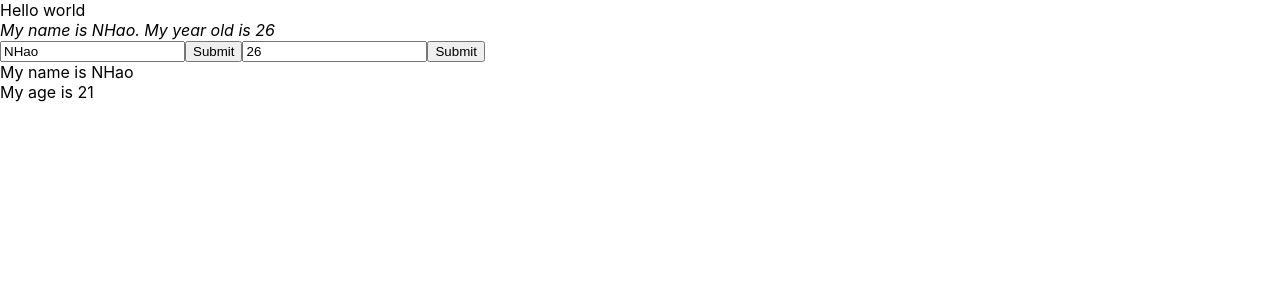
Repository: haonguyen09/reactProject
Page: /
These files come from the project's save history. The page is drawn as it stood at one moment and after the next save; the edit follows.
The browser window is 1280 px wide. The pictures show the whole page.
The project was rebuilt for these pictures with package versions that can differ from the ones it lists, and the page was loaded fresh each time.

Above is the page before, as saved 2023-08-01 12:49:25.

### src/App.js
import logo from './logo.svg';
import './App.css';
import { useDispatch, useSelector } from 'react-redux';
import { increaseCounter, decreaseCounter } from './redux/action/counterAction';
import MyComponent from './components/MyComponent';
import React from "react";


class App extends React.Component {

  render() {
    return (
      <div>
      Hello world
      <MyComponent></MyComponent>
    </div>
    )
  }
}




// const App = () => {
//   const count = useSelector(state => state.counter.count);
//   const dispatch = useDispatch();

//   return (

//     <div className="App">
//       <header className="App-header">
//         <img src={logo} className="App-logo" alt="logo" />
//         <p>
//           Hello world
//         </p>
//         <div>Count = {count}</div>
//         <button onClick={() => dispatch(increaseCounter())}>Increase</button>
//         <button onClick={() => dispatch(decreaseCounter())}>Decrease</button>
//       </header>
//     </div>
//   );
// }

export default App;

### src/components/MyComponent.js
import React from 'react';
import Info from './Info';
import MyInfo from './MyInfo';

class MyComponent extends React.Component {
    // JSX



    render() {
        return (
            <div>
                <Info />
                <MyInfo name=" Hoi dan IT" age="30"/>
            </div>
            );
    };

    }



export default MyComponent;

### src/components/Info.js
import React from 'react';


class Info extends React.Component {
    state = {
        name: "NHao",
        address: "Hoi dan IT",
        age: 26
    };


    handleChange = (event) => {
        this.setState({
            name: event.target.value
        })
    }

    handleChangeAge = (event) => {
        this.setState({
            age: event.target.value
        })
    }

    handOnSubmit = (event) => {
        event.preventDefault();
    }

    render() {
        return (

            <div>
                <em>
                    My name is {this.state.name}.
                    My year old is {this.state.age}
                </em>
                <form onSubmit={(event) => this.handOnSubmit(event)}>
                    <input value= {this.state.name} type="text" onChange = {(event) => {this.handleChange(event)}} />
                    <button>Submit</button>

                    <input value= {this.state.age} type="text" onChange = {(event) => {this.handleChangeAge(event)}} />
                    <button>Submit</button>
                </form>

            </div>

        )
    }
}


export default Info;

### src/components/MyInfo.js
import React from 'react';

class MyInfo extends React.Component {
    render() {
        console.log(this.props);
        return (
            <div>
                <div>My name is NHao</div>
                <div>My age is 21</div>
            </div>
        )
    }
}

export default MyInfo

Loaded but not shown: public/index.html (common file); src/index.js (common file); src/reportWebVitals.js (common file); src/redux/store.js (common file); src/App.css (common file); src/redux/action/counterAction.js (common file); src/redux/reducer/rootReducer.js (common file); src/redux/reducer/counterReducer.js (common file)

After the next save:
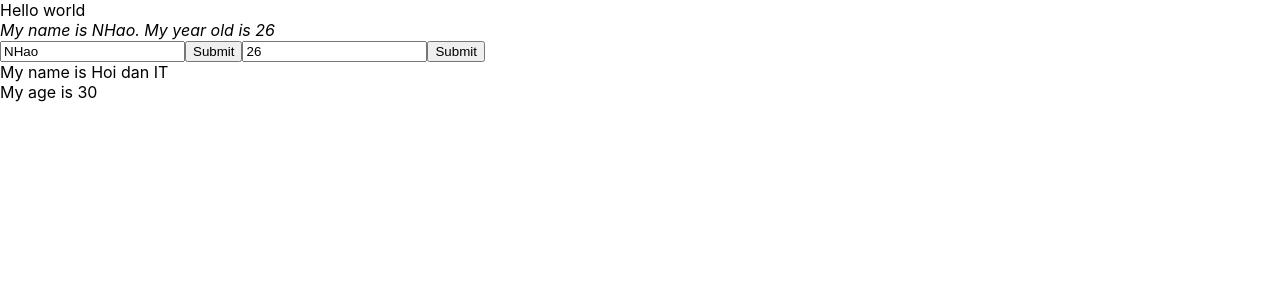
Saved 98 s later.
--- a/src/components/MyInfo.js
+++ b/src/components/MyInfo.js
@@ -5,8 +5,8 @@ class MyInfo extends React.Component {
         console.log(this.props);
         return (
             <div>
-                <div>My name is NHao</div>
-                <div>My age is 21</div>
+                <div>My name is {this.props.name}</div>
+                <div>My age is {this.props.age }</div>
             </div>
         )
     }
